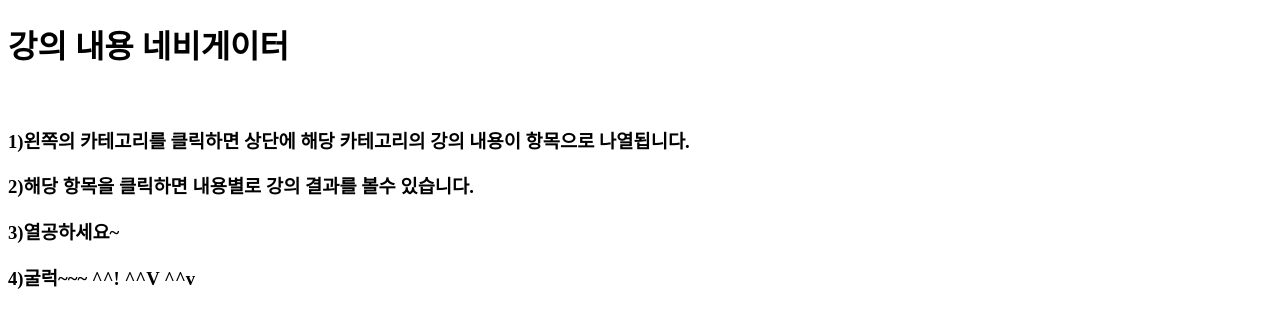
Repository: 10zeroone/study_webbasic
Page: JavaScript/WebContent/task/frameContent.html
The author's editor kept a copy of each file at every save. The page is drawn from the files as they stood at one save, then again after the next save.
The browser window is 1280 px wide. The pictures show the whole page.

Above is the page before, as saved 2014-03-02 23:52:25.

### JavaScript/WebContent/task/frameContent.html
<!DOCTYPE html PUBLIC "-//W3C//DTD HTML 4.01 Transitional//EN" "http://www.w3.org/TR/html4/loose.dtd">
<html>
<head>
<meta http-equiv="Content-Type" content="text/html; charset=EUC-KR">
<title>Insert title here</title>
</head>
<body>

<h1 color=red>강의 내용 네비게이터</h1>
<br>
<h3>1)왼쪽의 카테고리를 클릭하면 상단에 해당 카테고리의 강의 내용이 항목으로 나열됩니다.</h3>
<h3>2)해당 항목을 클릭하면 내용별로 강의 결과를 볼수 있습니다.</h3>
<h3>3)열공하세요~ </h3>
<h3>4)굴럭~~~ ^^! ^^V ^^v</h3>

</body>
</html>

After the next save:
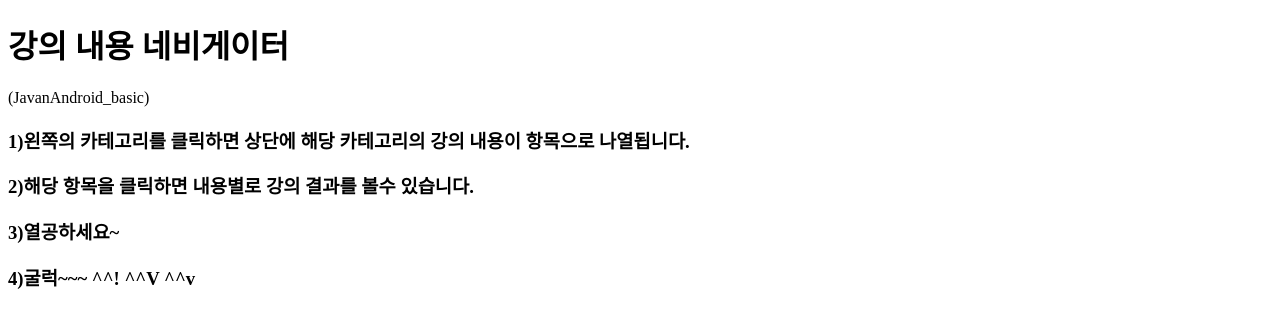
Saved 3 min 58 s later.
--- a/JavaScript/WebContent/task/frameContent.html
+++ b/JavaScript/WebContent/task/frameContent.html
@@ -7,6 +7,7 @@
 <body>
 
 <h1 color=red>강의 내용 네비게이터</h1>
+(JavanAndroid_basic)
 <br>
 <h3>1)왼쪽의 카테고리를 클릭하면 상단에 해당 카테고리의 강의 내용이 항목으로 나열됩니다.</h3>
 <h3>2)해당 항목을 클릭하면 내용별로 강의 결과를 볼수 있습니다.</h3>
